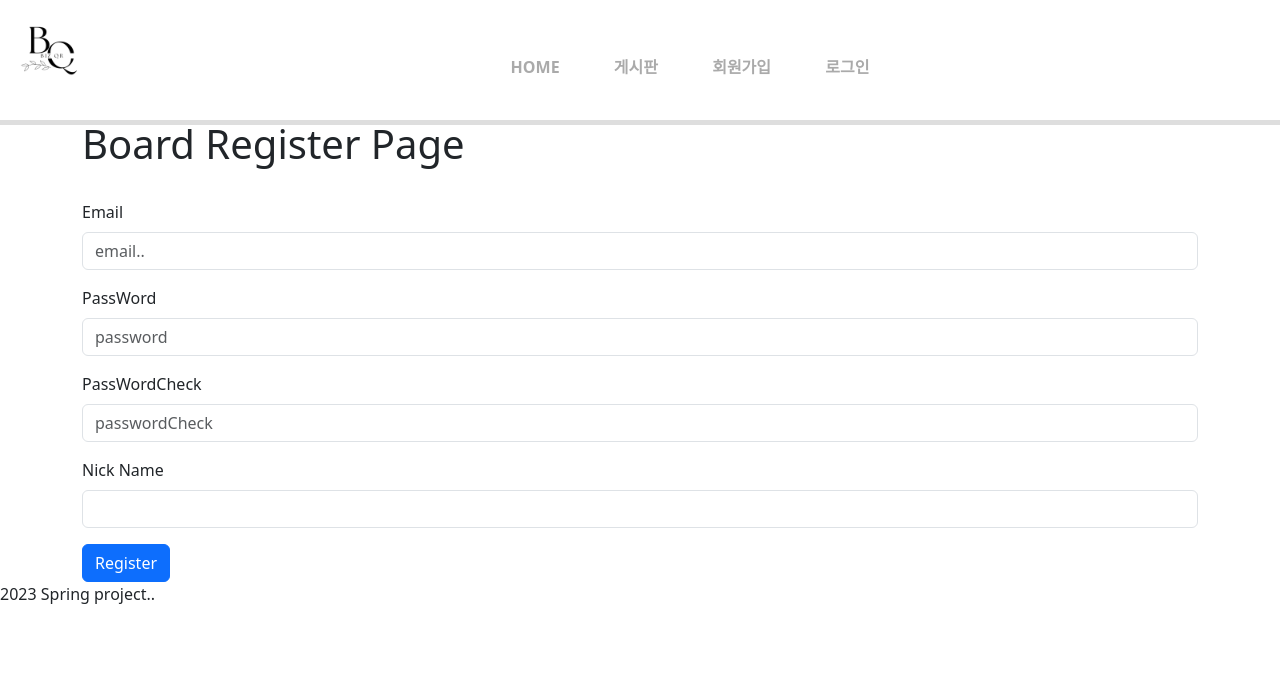
Repository: Skylee-1996/springSelf
Page: http://localhost/spring_test2/WEB-INF/views/member/register.jsp
The author's editor kept a copy of each file at every save. The page is drawn from the files as they stood at one save, then again after the next save.
The browser window is 1280 px wide. The pictures show the whole page.
The page is served by Tomcat 9. Nobody is signed in. The template is opened directly, without the code that normally fills it, so the values that code supplies are empty.

Above is the page before, as saved 2024-01-19 00:23:10.
Console error: TypeError: Cannot read properties of null (reading 'addEventListener')

After the next save:
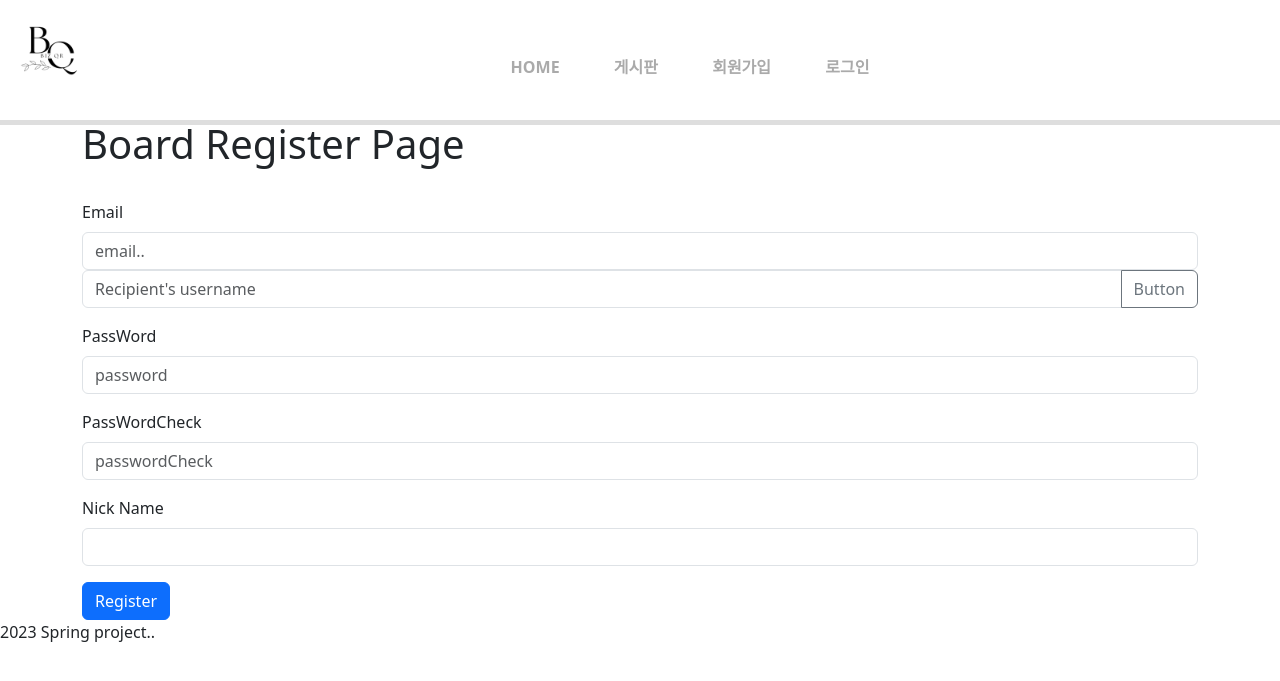
Saved 112 s later.
--- a/spring_test2/src/main/webapp/WEB-INF/views/member/register.jsp
+++ b/spring_test2/src/main/webapp/WEB-INF/views/member/register.jsp
@@ -10,9 +10,13 @@
 <h1>Board Register Page</h1>
 <br>
 <form action="/member/register" method="post" >
-<div class="mb-3">
+<div class=class="input-group mb-3">
   <label for="e" class="form-label">Email</label>
   <input type="email" class="form-control" name="email" id="e" placeholder="email.." required="required">
+</div>
+<div class="input-group mb-3">
+  <input type="text" class="form-control" placeholder="Recipient's username" aria-label="Recipient's username" aria-describedby="button-addon2">
+  <button class="btn btn-outline-secondary" type="button" id="button-addon2">Button</button>
 </div>
 <div class="mb-3">
   <label for="p" class="form-label">PassWord</label>
